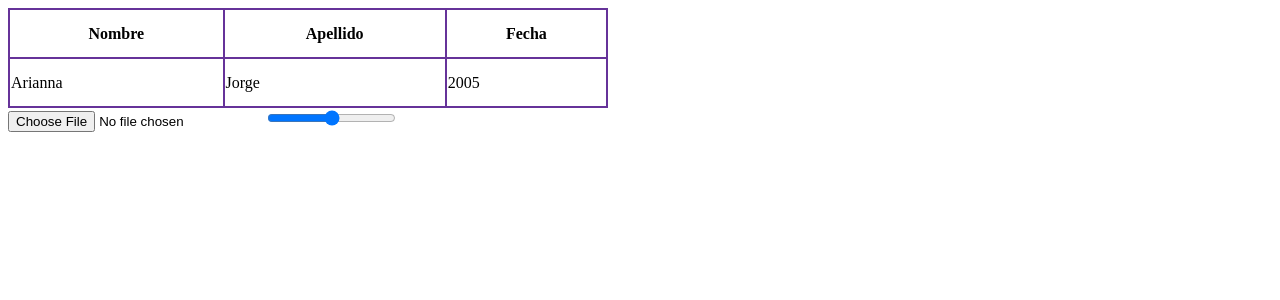
Repository: Arito05/Mi-primer-Repositorio
Page: dia2/intex3.html
An editor plug-in stored every save of this project. The page is shown before and after a run of saves, followed by the edit.
The browser window is 1280 px wide. The pictures show the whole page.

Above is the page before, as saved 2024-07-18 16:51:31.

### dia2/intex3.html
<!DOCTYPE html>
<html lang="en">
  <head>
    <meta charset="UTF-8" />
    <meta name="viewport" content="width=, initial-scale=1.0" />
    <title>Document</title>
    <style>
      table,
      th,
      td {
        border: 2px solid rebeccapurple;
        border-collapse: collapse;
      }
    </style>
  </head>
  <body>
    <table style="width: 600px; height: 100px">
      <tr>
        <th>Nombre</th>
        <th>Apellido</th>
        <th>Fecha</th>
      </tr>
      <tr>
        <td>Arianna</td>
        <td>Jorge</td>
        <td>2005</td>
      </tr>
    </table>
    <input type="file" name="file">
    <input type="range" name="rango" min="0" max="100"
  </body>
</html>

After the next 4 saves:
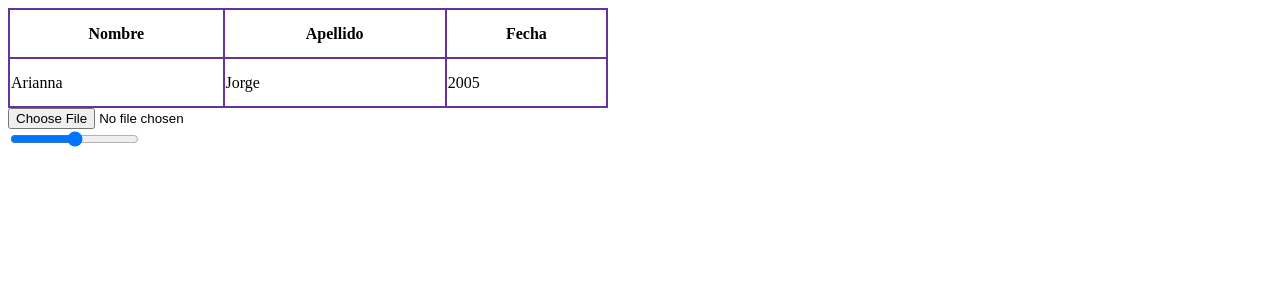
The 4 saves are shown as one change because they came seconds apart.
The last was saved 24 s later.
--- a/dia2/intex3.html
+++ b/dia2/intex3.html
@@ -26,7 +26,7 @@
         <td>2005</td>
       </tr>
     </table>
-    <input type="file" name="file">
+    <input type="file" name="file"> <br>
     <input type="range" name="rango" min="0" max="100"
   </body>
 </html>
